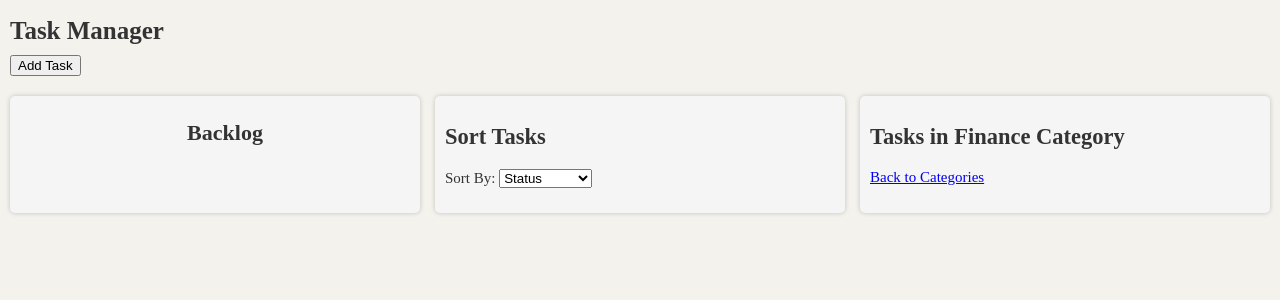
Repository: n-shen/task-tracker
Page: /category/Finance (app in frontend/)
These files come from the project's save history. The page is drawn as it stood at one moment and after the next save; the edit follows.
The browser window is 1280 px wide. The pictures show the whole page.
The project was rebuilt for these pictures with package versions that can differ from the ones it lists, and the page was loaded fresh each time. Also part of the build but not shown: frontend/src/components/taskManager/addTask.jsx, frontend/src/components/tasks/task.jsx, frontend/src/components/taskManager/viewByCategory.jsx. Imported but missing from the stored project, and not drawn on this page: frontend/src/reportWebVitals.

Above is the page before, as saved 2023-04-20 13:47:14.

After the next save:
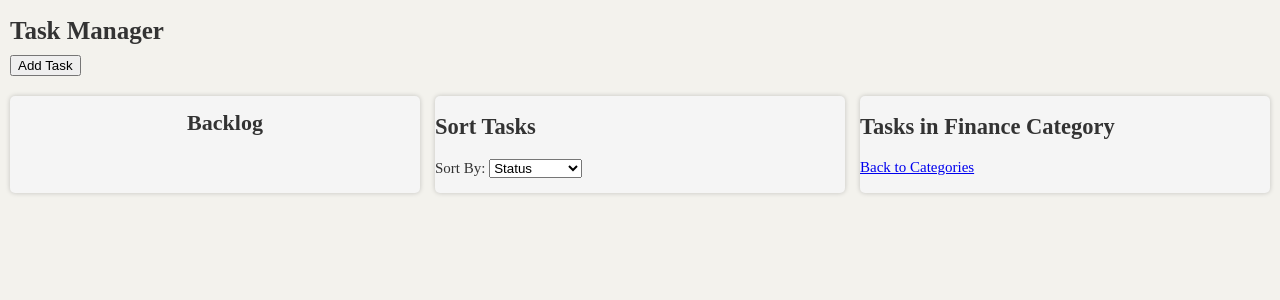
Saved 50 s later.
--- a/frontend/src/styles/manager.css
+++ b/frontend/src/styles/manager.css
@@ -31,6 +31,6 @@
 .taskManager--grid > div {
     background-color: 	#F5F5F5;
     border-radius: 0.5rem;
-    padding: 1rem;
+    /* padding: 1rem; */
     box-shadow: 0 0 0.5rem rgba(0, 0, 0, 0.2);
 }

After the save that followed:
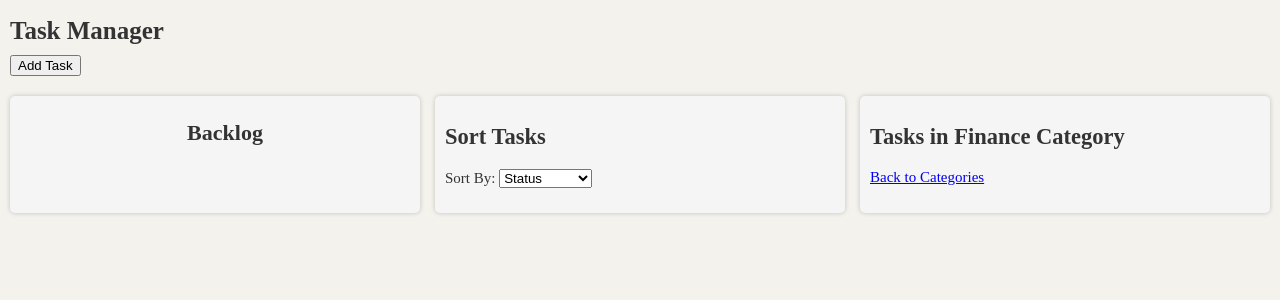
Saved 14 s later.
--- a/frontend/src/styles/manager.css
+++ b/frontend/src/styles/manager.css
@@ -31,6 +31,6 @@
 .taskManager--grid > div {
     background-color: 	#F5F5F5;
     border-radius: 0.5rem;
-    /* padding: 1rem; */
+    padding: 1rem;
     box-shadow: 0 0 0.5rem rgba(0, 0, 0, 0.2);
 }
